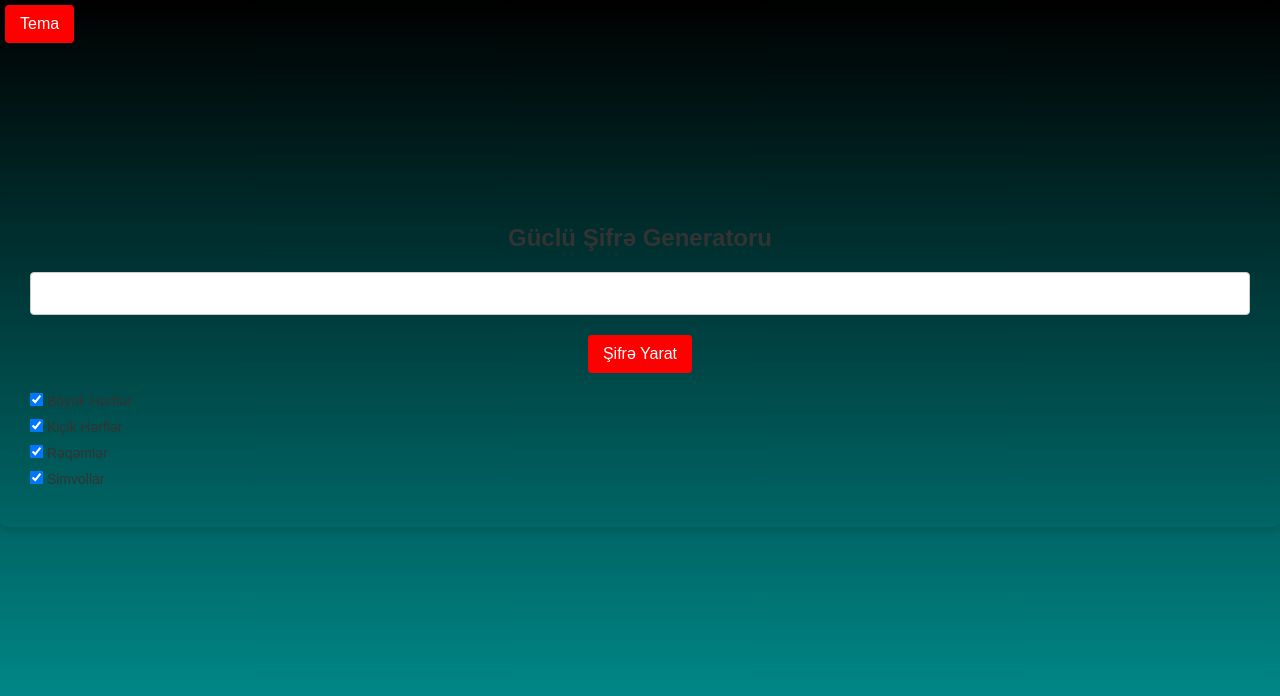
Repository: ferhadsultan98/pass-generator
Page: pass.html
An editor plug-in stored every save of this project. The page is shown before and after the next save, followed by the edit.
The browser window is 1280 px wide. The pictures show the whole page.

Above is the page before, as saved 2025-03-04 12:05:57.

After the next save:
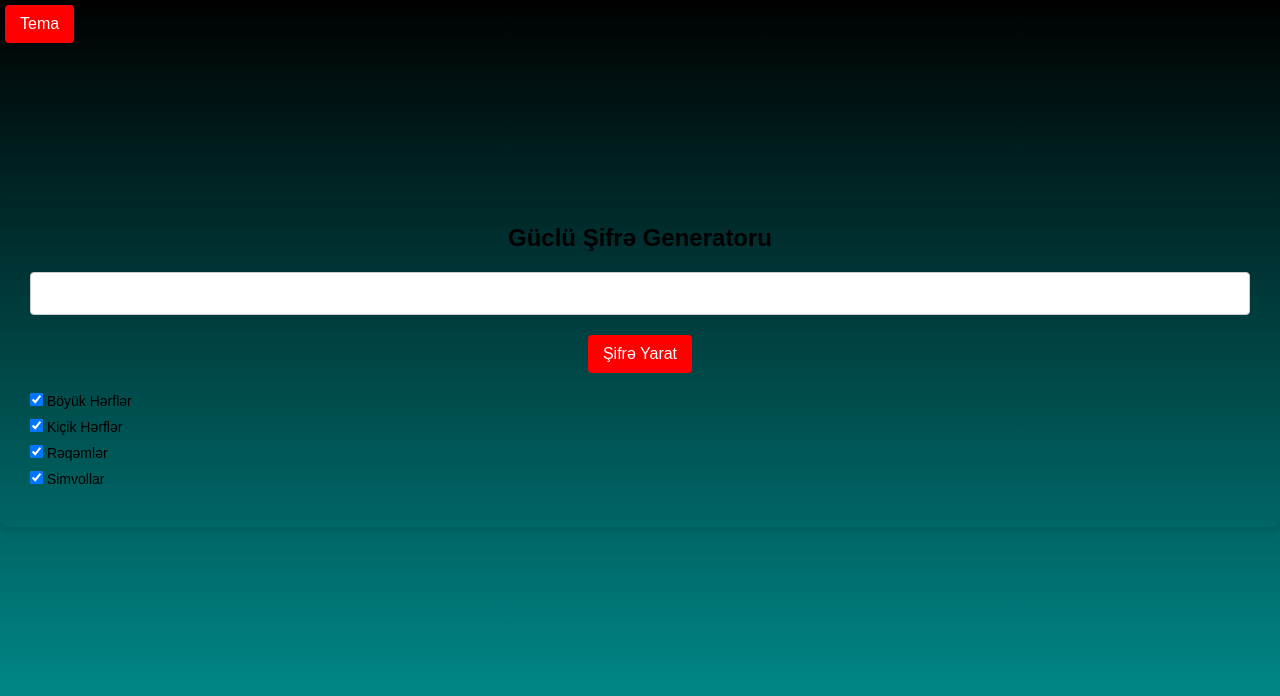
Saved 12 s later.
--- a/pass.html
+++ b/pass.html
@@ -18,7 +18,6 @@ body {
   justify-content: center;
   align-items: center;
   background: linear-gradient(to top, darkcyan, black);
-  color: #333;
   transition: background-color 0.3s, color 0.3s;
 }
 
